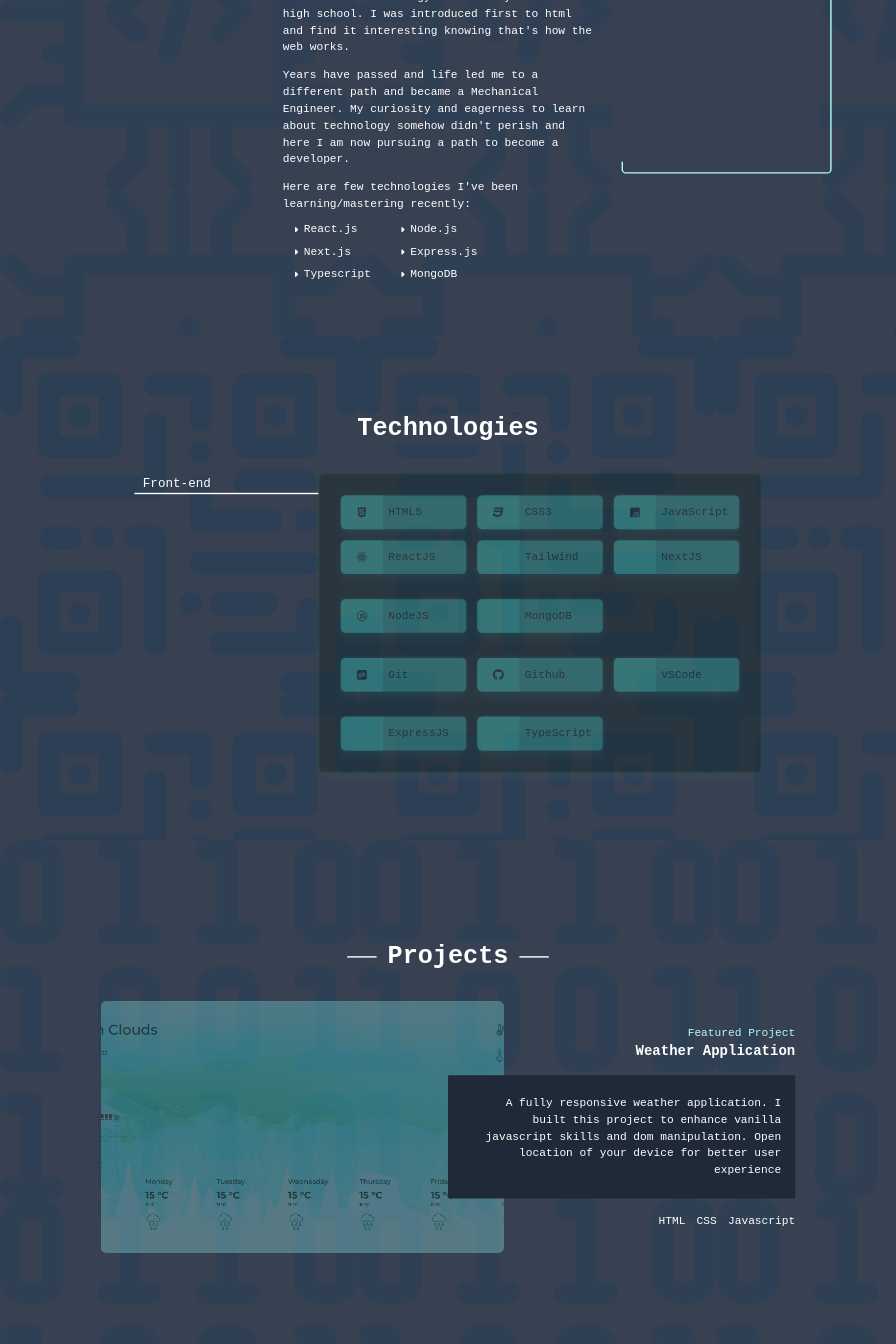
Repository: riandev25/nextjs-portfolio
Page: /
The author's editor kept a copy of each file at every save. The page is drawn from the files as they stood at one save, then again after the next save.
The browser window is 1280 px wide. The pictures show the part of the page from y = 960 to 2880 px (the page is 2880 px tall), at 70% of full size.
Backgrounds fixed to the window are drawn as part of the page. The project was rebuilt for these pictures with package versions that can differ from the ones it lists, and the page was loaded fresh each time. The framework's server and built-in components were replaced by stand-ins that run in the browser. Also part of the build but not shown: next.config.js, components/Home/Keyboard/index.module.css, components/Home/Keyboard/index.jsx, components/About/Contacts.jsx.

Above is the page before, as saved 2022-11-13 13:26:20.

### pages/_app.jsx
import Head from 'next/head';
import link from 'next/link';
import '../styles/globals.css';

import Layout from '../components/Layout';
import { ParallaxProvider } from 'react-scroll-parallax';

function MyApp({ Component, pageProps }) {
  return (
    <ParallaxProvider>
      <Head>
        <title>Rian Miguel Engracia</title>
        <meta name='viewport' content='initial-scale=1.0, width=device-width' />
        <link
          rel='apple-touch-icon'
          sizes='180x180'
          href='/apple-touch-icon.png'
        />
        <link
          rel='icon'
          type='image/png'
          sizes='32x32'
          href='/favicon-32x32.png'
        />
        <link
          rel='icon'
          type='image/png'
          sizes='16x16'
          href='/favicon-16x16.png'
        />
        <link rel='manifest' href='/site.webmanifest' />
        <link rel='mask-icon' href='/safari-pinned-tab.svg' color='#5bbad5' />
        <meta name='msapplication-TileColor' content='#2d89ef' />
        <meta name='theme-color' content='#ffffff' />
      </Head>
      <Layout>
        <Component {...pageProps} />
      </Layout>
    </ParallaxProvider>
  );
}

export default MyApp;

### pages/index.jsx
import Head from 'next/head';
import Image from 'next/image';
import Home from '../components/Home/Home';
import { Fragment } from 'react';
import Header from '../components/Header';
import About from '../components/About';
import Technologies from '../components/Technologies';
import Projects from '../components/Projects';

export default function Page() {
  return (
    <Fragment>
      <Header />
      <Home />
      <About />
      <Technologies />
      <Projects title='Projects' />
    </Fragment>
  );
}

### styles/globals.css
@tailwind base;
@tailwind components;
@tailwind utilities;

html,
body {
  padding: 0;
  margin: 0;
  /* font-family: 'Roboto', sans-serif; */
  font-family: monospace, sans-serif;
}

a {
  color: inherit;
  text-decoration: none;
}

* {
  box-sizing: border-box;
}

.image-filter {
  /* filter: invert(93%) sepia(19%) saturate(586%) hue-rotate(121deg)
    brightness(102%) contrast(97%); */
  filter: invert(93%) sepia(69%) saturate(347%) hue-rotate(120deg)
    brightness(104%) contrast(97%);
  opacity: 0.3;
  transition: filter 0.3s, opacity 0.3s;
}

.image-filter:hover {
  filter: none;
  opacity: 1;
}

@media (prefers-color-scheme: dark) {
  html {
    color-scheme: dark;
  }
  body {
    color: white;
    background: black;
  }
}

### components/Layout/index.jsx
import Header from '../Header';
import Email from '../Header/Email';

const Layout = ({ children }) => {
  return (
    <div className='relative w-full h-full bg-gray-700' dir='ltr'>
      <Header />
      <Email />
      {children}
    </div>
  );
};

export default Layout;

### components/Home/Home.jsx
import Link from 'next/link';
import Image from 'next/future/image';
import { useParallax } from 'react-scroll-parallax';
import styles from './index.module.css';
import DevImage from '../../assets/images/dev-image.svg';
import GithubImage from '../../assets/images/github-neon-fill.png';
import LinkedinImage from '../../assets/images/linkedin-neon-fill.png';
import FacebookImage from '../../assets/images/facebook-neon-fill.png';
import Keyboard from './Keyboard';
import { useState } from 'react';

export const CONTACTS = [
  {
    id: 'github',
    imgSrc: GithubImage,
    link: 'https://github.com/riandev25',
  },
  {
    id: 'linkedin',
    imgSrc: LinkedinImage,
    link: 'https://www.linkedin.com/in/rian-miguel-engracia/',
  },
  {
    id: 'facebook',
    imgSrc: FacebookImage,
    link: 'https://web.facebook.com/rianmiguel.engracia',
  },
  {
    id: 'email',
    email: 'rianengracia@gmail.com',
  },
];

const nameArray = ['I', '&apos;', 'm', ' ', 'R', 'i', 'a', 'n'];
const jobArray = [
  'f',
  'u',
  'l',
  'l',
  ' ',
  's',
  't',
  'a',
  'c',
  'k',
  ' ',
  'd',
  'e',
  'v',
  'e',
  'l',
  'o',
  'p',
  'e',
  'r',
];

const Home = () => {
  const { ref } = useParallax({
    translateY: [-100, 30, 'easeInOut'],
  });
  const [keyboard, setKeyboard] = useState(true);
  return (
    <header className='flex justify-center items-center w-full h-screen px-20 bg-fixed bg-repeat bg-bg_gear_image'>
      <section ref={ref} className='w-4/12 space-y-4'>
        <div className='flex flex-col gap-2.5 place-items-start'>
          <h1 className={`text-xl font-thin text-white ${styles.typingLet}`}>
            Hi there!
          </h1>
          <h1 className='text-6xl font-bold animate-neon_text'>
            I&apos;m Rian Miguel
          </h1>
          <h1 className='text-xl text-white font-bold'>
            <span className='text-xl font-thin'>a</span> Full Stack Developer
          </h1>
        </div>
        <ul className='flex flex-row gap-4'>
          {CONTACTS.map((item) => {
            if (item.id === 'email') return;
            return (
              <li
                className='block p-3 bg-gray-800 border rounded-lg border-[#b2fcfb] transition-all hover:scale-110'
                key={item.id}
              >
                <Link href={item.link} legacyBehavior>
                  <a className=''>
                    <Image
                      className=''
                      src={item.imgSrc}
                      alt={item.id}
                      width={20}
                      height={20}
                      sizes='5vw'
                    />
                  </a>
                </Link>
              </li>
            );
          })}
        </ul>
      </section>
      <section className='hidden lg:flex max-w-2xl h-full justify-center items-center'>
        <Image
          src={DevImage}
          alt='dev-image'
          width={500}
          height={500}
          sizes='(max-width: 768px) 50vw'
        />
        {/* <Keyboard /> */}
      </section>
    </header>
  );
};

export default Home;

### components/Header/index.jsx
import Logo from '../Logo';
import Navbar from './Navbar';
import { FontAwesomeIcon } from '@fortawesome/react-fontawesome';
import { faBars } from '@fortawesome/free-solid-svg-icons';

const Header = () => {
  return (
    <nav className='px-8 py-1 bg-gray-700 dark:bg-gray-900 fixed w-full z-50 top-0 left-0 border-b shadow-sm border-gray-700 md:px-12 md:py-3 dark:border-gray-600'>
      <div className='flex flex-row justify-between items-center w-full'>
        <section className=''>
          <Logo />
        </section>

        <div className='flex md:order-2'>
          <button
            type='button'
            className='hidden lg:flex bg-transparent text-[#b2fcfb] border border-[#b2fcfb] hover:bg-[#b2fcfb] hover:opacity-40 transition-all font-medium rounded-lg text-sm px-5 py-2.5 text-center mr-3 md:mr-0 dark:bg-blue-600 dark:hover:bg-blue-700 dark:focus:ring-blue-800'
          >
            Get started
          </button>
          <button
            data-collapse-toggle='navbar-sticky'
            type='button'
            className='cursor-pointer inline-flex items-center p-2 text-sm bg-white rounded-lg md:hidden hover:bg-gray-400 focus:outline-none focus:ring-2 focus:ring-gray-200 dark:text-gray-400 dark:hover:bg-gray-700 dark:focus:ring-gray-600'
            aria-controls='navbar-sticky'
            aria-expanded='false'
          >
            <span className='sr-only'>Open main menu</span>
            <FontAwesomeIcon icon={faBars} className='text-gray-800' />
          </button>
        </div>
        <Navbar />
      </div>
    </nav>
  );
};

export default Header;

### components/About/index.jsx
import Image from 'next/future/image';
import Contacts from './Contacts';
import PageHeader from '../PageHeader';
import { FontAwesomeIcon } from '@fortawesome/react-fontawesome';
import { faCaretRight } from '@fortawesome/free-solid-svg-icons';
import ProgrammerImage from '../../assets/images/programmer.jpg';
import { useParallax } from 'react-scroll-parallax';

const technologies = [
  'React.js',
  'Node.js',
  'Next.js',
  'Express.js',
  'Typescript',
  'MongoDB',
];

const About = () => {
  return (
    <div className='relative pt-4 w-full h-screen flex flex-col gap-11 justify-center items-center text-white px-20 bg-bg_chip_image bg-fixed'>
      {/* <Contacts /> */}
      <PageHeader title='About me' />
      <div className='max-w-3xl flex flex-row gap-6'>
        <section className='max-w-md flex flex-col gap-4'>
          <p>
            Hi! I am Rian Miguel Engracia, a Registered Mechanical Engineer in
            the Philippines. My interest in technology started way back in high
            school. I was introduced first to html and find it interesting
            knowing that&apos;s how the web works.
          </p>
          <p>
            Years have passed and life led me to a different path and became a
            Mechanical Engineer. My curiosity and eagerness to learn about
            technology somehow didn&apos;t perish and here I am now pursuing a
            path to become a{' '}
            <span className='text-[neon-green] no-underline decoration-[neon-green] underline-offset-4 decoration-2 hover:underline'>
              developer
            </span>
            .
          </p>
          <div className='flex flex-col gap-3'>
            <p>
              Here are few technologies I&apos;ve been learning/mastering
              recently:
            </p>
            <ul className='grid grid-cols-3 gap-2'>
              {technologies.map((item, i) => {
                return (
                  <li
                    key={item}
                    className={`${(i + 1) % 2 === 0 ? 'col-span-2' : ''}
                    } flex justify-start items-center gap-2 pl-4`}
                  >
                    <FontAwesomeIcon icon={faCaretRight} className='w-1.5' />
                    <span className=''>{item}</span>
                  </li>
                );
              })}
            </ul>
          </div>
        </section>
        <section className='relative'>
          <div className='absolute z-20 w-[295px] h-[295px] bg-gray-700'></div>
          <Image
            className='relative z-30 rounded-md image-filter bg-[#b2fcfb] border-2 peer'
            src={ProgrammerImage}
            alt='developer'
            width={300}
            height={300}
            priority='false'
            sizes='(max-width: 768px) 100vw, 50vw'
          />
          <div className='absolute top-0 left-0 w-[300px] h-[300px] bg-transparent border-2 border-[#b2fcfb] transition-duration-300 delay-300 ease-in-out translate-x-3 translate-y-3 z-10 rounded-md peer-hover:translate-x-2 peer-hover:translate-y-2 '></div>
        </section>
      </div>
    </div>
  );
};

export default About;

### components/Projects/index.jsx
import Link from 'next/link';
import Image from 'next/future/image';
import PageHeader from '../PageHeader';
import WeatherImage from '../../assets/images/weather-app.png';
import { FontAwesomeIcon } from '@fortawesome/react-fontawesome';
import { faGithubAlt } from '@fortawesome/free-brands-svg-icons';
import { faSquareArrowUpRight } from '@fortawesome/free-solid-svg-icons';
import Links from './Links';

const TECH_WEATHER = ['HTML', 'CSS', 'Javascript'];
const WEATHER = [
  {
    id: 1,
    icon: faGithubAlt,
    link: 'https://riandev25.github.io/js-weather-app/dist/',
  },
  {
    id: 2,
    icon: faSquareArrowUpRight,
    link: 'https://riandev25.github.io/js-weather-app/dist/',
  },
];

const Projects = () => {
  return (
    <div className='pt-4 flex flex-col w-full h-screen gap-11 justify-center items-center text-white px-20 bg-bg_binary_image bg-fixed'>
      <PageHeader title='Projects' />
      <div className='flex flex-row justify-center items-center max-w-full'>
        <section className='z-10 relative w-[36rem] aspect-[16/10] flex-auto flex image-filter'>
          <Image
            src={WeatherImage}
            alt='weather-app'
            fill
            className='object-cover absolute rounded-lg'
          />
        </section>
        <section
          className='z-20 w-[23rem] flex flex-col overflow-visible gap-5 lg:w-[26rem]'
          dir='rtl'
        >
          <div className='flex flex-col justify-end items-end' dir='ltr'>
            <h2 className='text-neon text-right'>Featured Project</h2>
            <h1 className='text-xl font-bold text-right'>
              Weather Application
            </h1>
          </div>
          <div className='flex w-[31rem] bg-gray-800 p-7 pl-11 pr-5 rounded-sm xl:w-[31rem]'>
            <p className='text-right'>
              A fully responsive weather application. I built this project to
              enhance vanilla javascript skills and dom manipulation. Open
              location of your device for better user experience
            </p>
          </div>
          <ul
            className='flex flex-row justify-end items-center gap-4'
            dir='ltr'
          >
            {TECH_WEATHER.map((item) => {
              return <li key={item}>{item}</li>;
            })}
          </ul>
          <Links array={WEATHER} />
        </section>
      </div>
    </div>
  );
};

export default Projects;

### components/Header/Email.jsx
import Link from 'next/link';

const Email = () => {
  return (
    <aside className='fixed bottom-36 right-12 origin-top-right rotate-90'>
      <div className='flex justify-center items-center relative'>
        <Link href='' legacyBehavior>
          <a className='z-50 transition-all text-[#b2fcfb] bg-gray-700 px-2 hover:text-[#68fffc] hover:scale-110'>
            rianengracia@gmail.com
          </a>
        </Link>
        <div className='w-96 bg-[#b2fcfb] absolute top-1/2 left-0 h-px'></div>
      </div>
    </aside>
  );
};

export default Email;

### components/Home/index.module.css
.typingLet {
  width: 134px;
  animation: typing 2s steps(12), blink 0.5s step-end infinite alternate;
  white-space: nowrap;
  overflow: hidden;
  border-right: 3px solid;
  font-family: monospace;
  font-size: 2em;
}

@keyframes typing {
  from {
    width: 0;
  }
}

@keyframes blink {
  50% {
    border-color: transparent;
  }
}

### components/Logo/index.jsx
import Image from 'next/future/image';
import LogoImage from '../../assets/images/logo.svg';
import LogoDark from '../../assets/images/logo-dark.svg';
import LogoLight from '../../assets/images/logo-light.svg';
import {
  faAngleLeft,
  faGear,
  faforward,
} from '@fortawesome/free-solid-svg-icons';
import { FontAwesomeIcon } from '@fortawesome/react-fontawesome';

const Logo = () => {
  return (
    <div className='flex items-center relative'>
      <Image
        src={LogoImage}
        alt='logo'
        width={185}
        height={55}
        className='hidden md:flex'
        sizes='(max-width: 768px) 15vw'
      />
      {/* <Image
        src={LogoLight}
        alt='logo-light'
        width={50}
        height={50}
        className='flex md:hidden'
        sizes='(max-width: 768px) 15vw'
      /> */}
    </div>
  );
};

export default Logo;

### components/Header/Navbar.jsx
import Link from 'next/link';

const Navbar = () => {
  const data = [
    {
      id: 'Home',
    },
    {
      id: 'About',
    },
    {
      id: 'Technologies',
    },
    {
      id: 'Projects',
    },
  ];
  return (
    <div
      className='hidden absolute top-0 right-0 justify-between items-center w-full md:flex md:relative md:w-auto md:order-1'
      id='navbar-sticky'
    >
      <ul className='flex flex-col justify-center items-center flex-auto rounded-lg md:justify-between md:flex-row md:space-x-12 md:p-2 md:mt-0 md:text-sm md:font-medium md:border-0 dark:bg-gray-800 md:dark:bg-gray-900 dark:border-gray-700'>
        {data.map((item) => {
          return (
            <li key={item.id} className='relative group'>
              <Link href={item.id}>
                <a
                  className='block py-2 px-1 text-base font-extralight text-white dark:text-white'
                  // aria-current='page'
                >
                  {item.id}
                </a>
              </Link>

              <span className='z-50 absolute bottom-1.5 w-0 h-[1px] bg-white transition-all md:group-hover:w-full'></span>
            </li>
          );
        })}
      </ul>
    </div>
  );
};

export default Navbar;

### components/PageHeader/index.jsx
const PageHeader = ({ title }) => {
  return (
    <div className='relative overflow-visible flex justify-center items-center'>
      <h1 className='relative z-10 w-full text-4xl font-bold flex flex-start bg-gray-700 px-4 animate-neon_text'>
        {title}
      </h1>
      <span className='absolute top-1/2 w-72 h-0.5 bg-white animated-neon_bg'></span>
    </div>
  );
};

export default PageHeader;

### components/Projects/Links.jsx
import Link from 'next/link';
import { FontAwesomeIcon } from '@fortawesome/react-fontawesome';

const Links = ({ array }) => {
  array.map((item) => {
    return (
      <ul key={item.id} className='flex flex-row'>
        <li>
          <Link href={item.link} passHref>
            <a>
              <FontAwesomeIcon icon={item.icon} className='text-white w-3' />
            </a>
          </Link>
        </li>
      </ul>
    );
  });
};

export default Links;

// 'https://riandev25.github.io/js-weather-app/dist/'

Loaded but not shown: tailwind.config.js (60 lines, source omitted); pages/_document.js (24 lines, source omitted); components/Technologies/index.jsx (206 lines, source omitted)

After the next save:
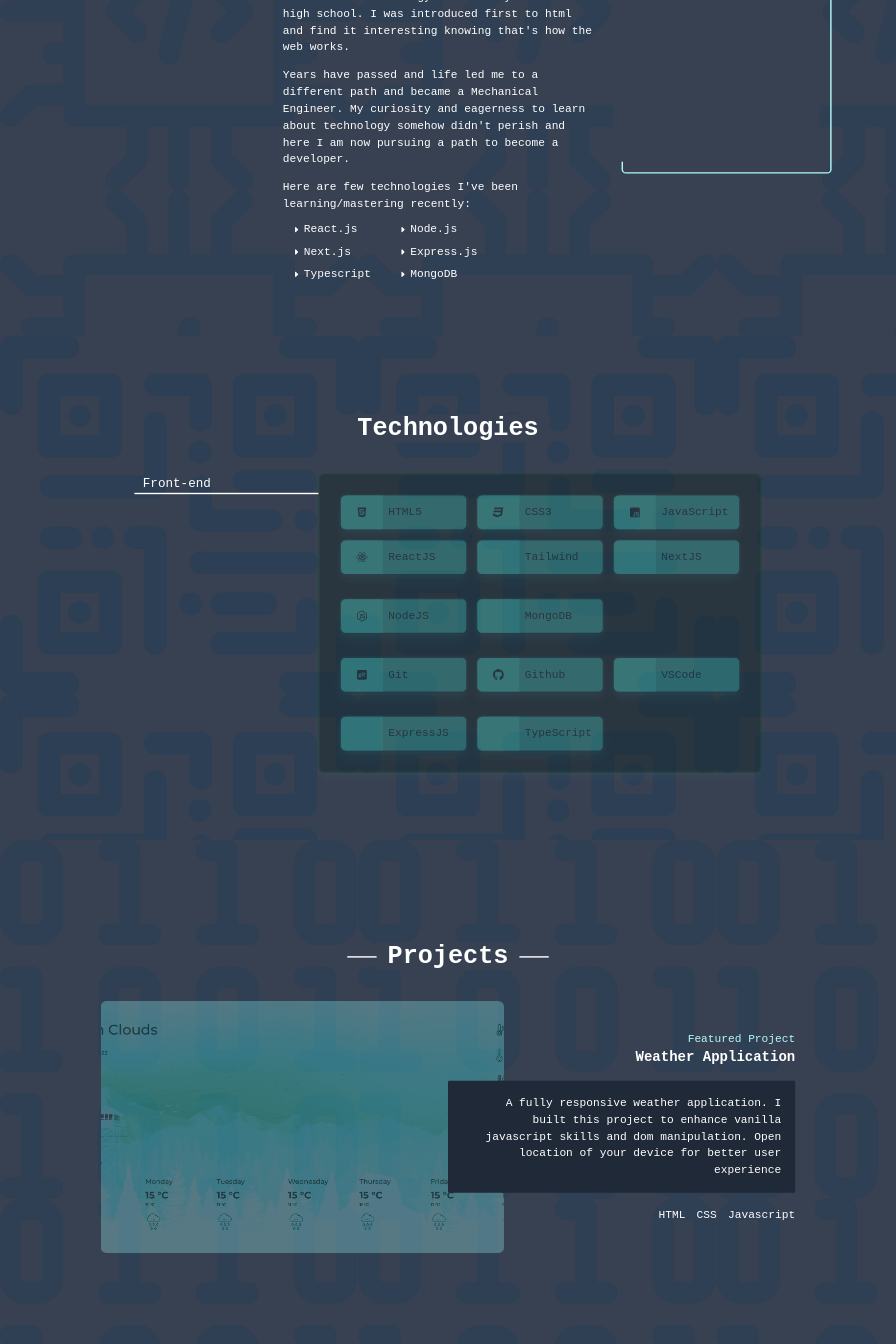
Saved 38 s later.
--- a/components/Projects/index.jsx
+++ b/components/Projects/index.jsx
@@ -44,7 +44,7 @@ const Projects = () => {
               Weather Application
             </h1>
           </div>
-          <div className='flex w-[31rem] bg-gray-800 p-7 pl-11 pr-5 rounded-sm xl:w-[31rem]'>
+          <div className='flex w-[31rem] bg-gray-800 p-5 pl-11 pr-5 rounded-sm xl:w-[31rem]'>
             <p className='text-right'>
               A fully responsive weather application. I built this project to
               enhance vanilla javascript skills and dom manipulation. Open
